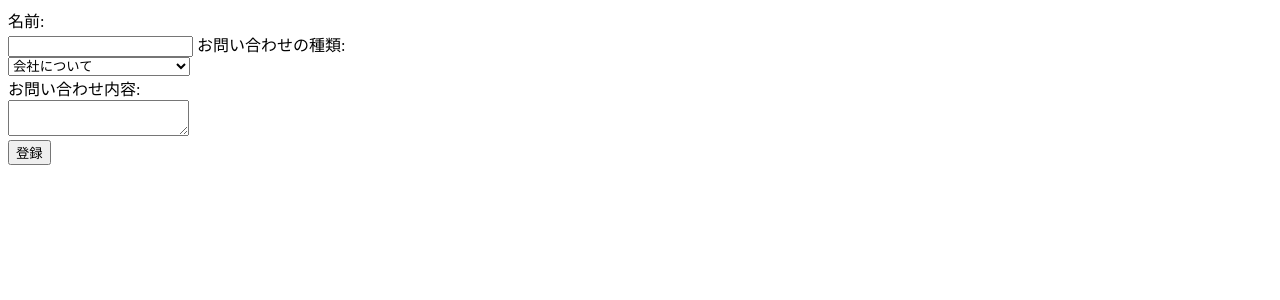
Repository: shimizuyusuke/backup
Page: http://localhost/HelloServlet2/inquiry.jsp
These files come from the project's save history. The page is drawn as it stood at one moment and after the next save; the edit follows.
The browser window is 1280 px wide. The pictures show the whole page.
The page is served by Tomcat 9. Other server files are loaded and not shown.

Above is the page before, as saved 2018-01-18 02:15:18.

### HelloServlet2/WebContent/inquiry.jsp
<%@ page language="java" contentType="text/html; charset=UTF-8"
    pageEncoding="UTF-8"%>
<!DOCTYPE html>
<html>
<head>
<meta charset="UTF-8">
<title>お問い合わせフォーム</title>
</head>
<body>

<form method="post" action="InquiryServlet">
   名前:<br><input type="text" name="name">
   お問い合わせの種類:<br><select name="qtype">
      <option value="company">会社について</option>
      <option value="product">製品について</option>
      <option value="support">アフターサポートについて</option>
   </select><br>お問い合わせ内容:<br>
   <textarea name="body">
</textarea>
   <br><input type="submit" value="登録">
</form>

</body>
</html>

After the next save:
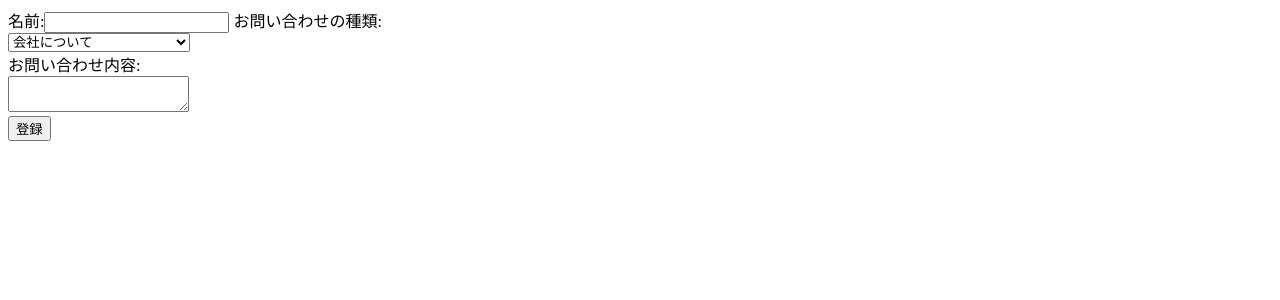
Saved 2 min 36 s later.
--- a/HelloServlet2/WebContent/inquiry.jsp
+++ b/HelloServlet2/WebContent/inquiry.jsp
@@ -9,7 +9,7 @@
 <body>
 
 <form method="post" action="InquiryServlet">
-   名前:<br><input type="text" name="name">
+   名前:<input type="text" name="name">
    お問い合わせの種類:<br><select name="qtype">
       <option value="company">会社について</option>
       <option value="product">製品について</option>
